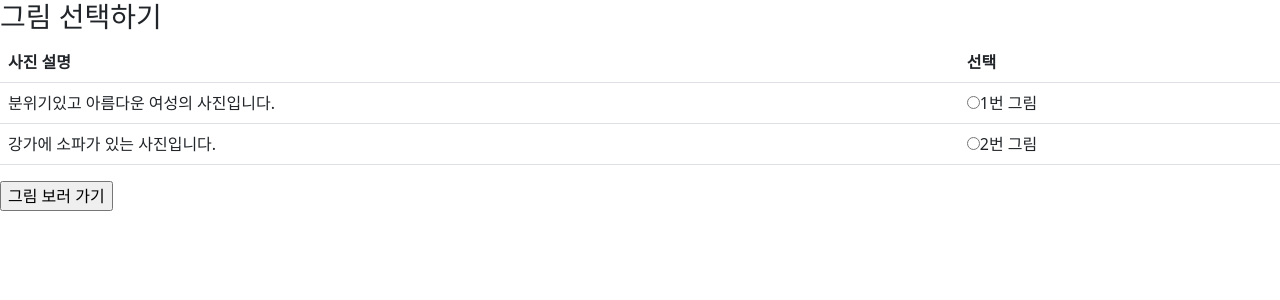
Repository: limbbbyoung/JSP_practice
Page: http://localhost/JSPbasic/jspobject/request/req_photo.jsp
An editor plug-in stored every save of this project. The page is shown before and after the next save, followed by the edit.
The browser window is 1280 px wide. The pictures show the whole page.
The page is served by Tomcat 9.

Above is the page before, as saved 2022-03-25 12:44:55.

After the next save:
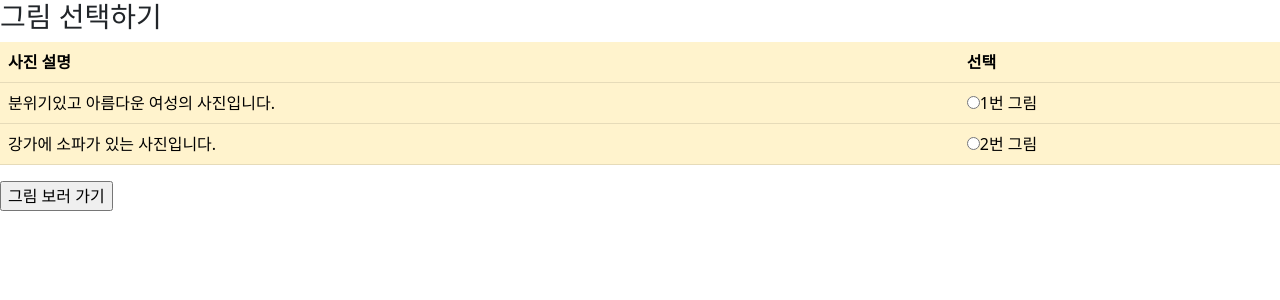
Saved 30 s later.
--- a/JSPbasic/src/main/webapp/jspobject/request/req_photo.jsp
+++ b/JSPbasic/src/main/webapp/jspobject/request/req_photo.jsp
@@ -18,7 +18,7 @@
     그림파일은 <img src="그림파일명">을 이용해 출력가능합니다. --%>
      <form action="http://localhost:8181/JSPbasic/jspobject/request/req_photo_result.jsp" method="post">
      <h3>그림 선택하기</h3>
-      <table class="table table-border">
+      <table class="table table-border table-hover table-warning">
        <tr>
          <th>사진 설명</th>
          <th>선택</th>
